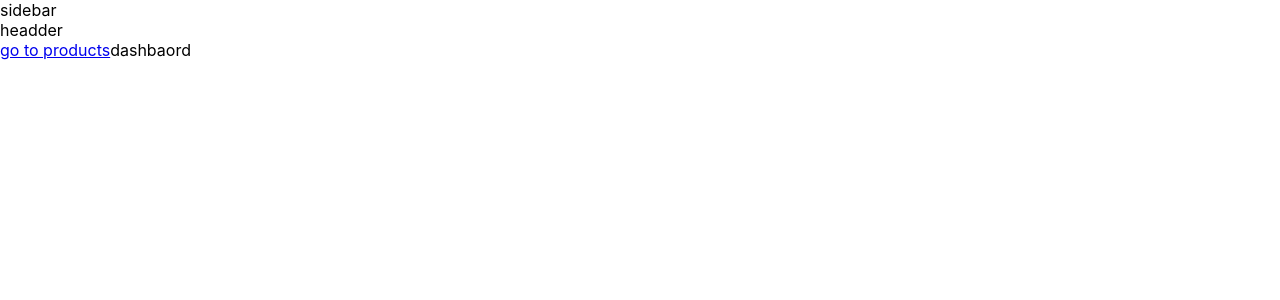
Repository: Siranush-0194/Dashboard
Page: /
These files come from the project's save history. The page is drawn as it stood at one moment and after the next save; the edit follows.
The browser window is 1280 px wide. The pictures show the whole page.
The project was rebuilt for these pictures with package versions that can differ from the ones it lists, and the page was loaded fresh each time. Also part of the build but not shown: src/components/Products.jsx.

Above is the page before, as saved 2023-07-04 17:07:53.

After the next save:
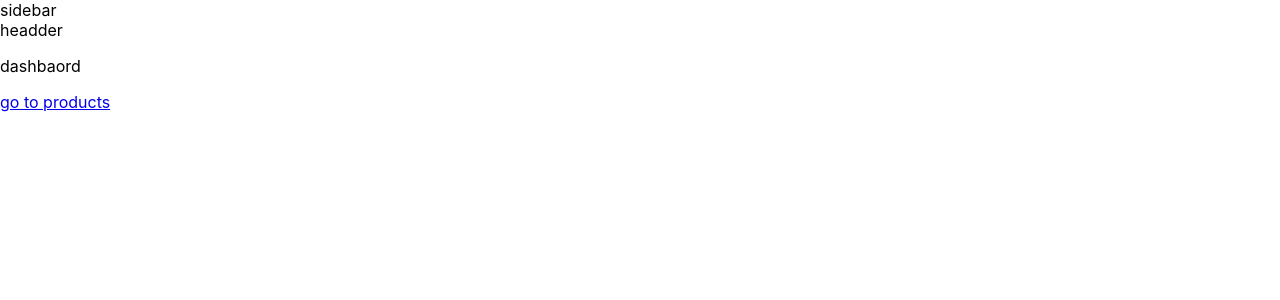
Saved 35 s later.
--- a/src/components/Dashboard.jsx
+++ b/src/components/Dashboard.jsx
@@ -4,8 +4,9 @@ import { Link } from "react-router-dom";
 export default function Dashboard() {
     return (
         <div>
+            <p>  dashbaord</p>
             <Link to="/products">go to products</Link>
-            dashbaord
+
         </div>
     )
 }
